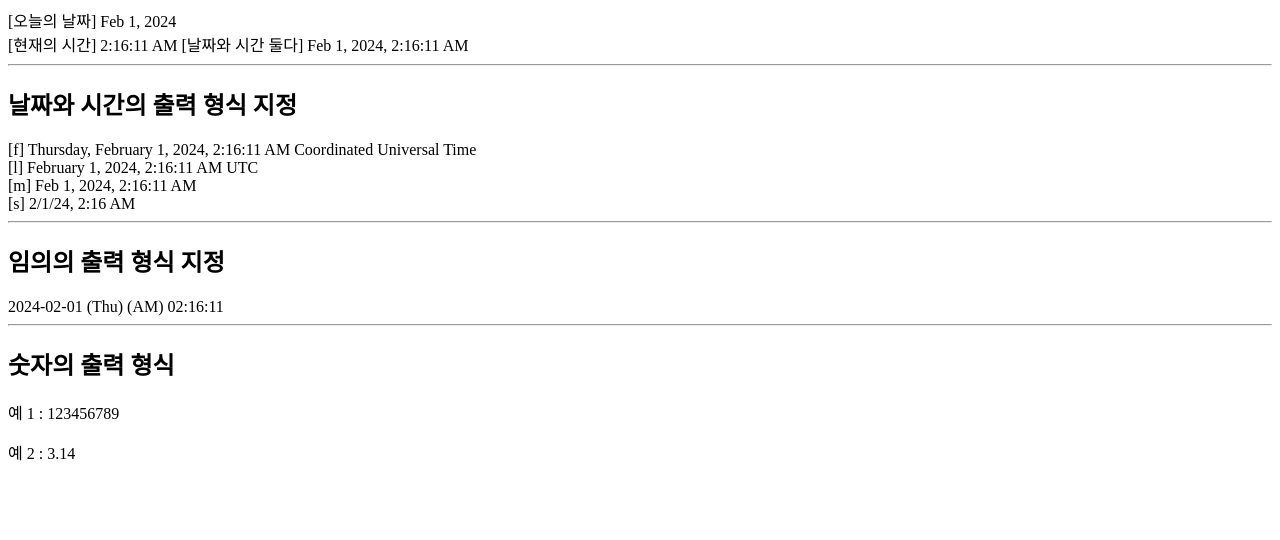
Repository: seonghun9906/sts3-Springboot
Page: http://localhost/spring-jsp02/today
An editor plug-in stored every save of this project. The page is shown before and after the next save, followed by the edit.
The browser window is 1280 px wide. The pictures show the whole page.
The page is served by Tomcat 9. Other server files are loaded and not shown.

Above is the page before, as saved 2024-02-05 04:46:30.

### spring-jsp02/src/main/webapp/WEB-INF/views/today.jsp
<%@page import="java.util.Date"%>
<%@ page language="java" contentType="text/html; charset=UTF-8"
    pageEncoding="UTF-8"%>
<%@ taglib uri="http://java.sun.com/jsp/jstl/core" prefix="c" %>
<%@ taglib uri="http://java.sun.com/jsp/jstl/fmt" prefix="fmt" %>

<c:set var="date" value="<%=new Date()%>"/>

<!DOCTYPE html>
<html>
<head>
<meta charset="UTF-8">
<title>현재 일시</title>
</head>
<body>
[오늘의 날짜] <fmt:formatDate value="${date}"/><br>
[현재의 시간] <fmt:formatDate value="${date}" type="time"/>
[날짜와 시간 둘다] <fmt:formatDate value="${date}" type="both"/>
<hr>
<h2>날짜와 시간의 출력 형식 지정</h2>
[f] <fmt:formatDate value="${date}" type="both"
		dateStyle="full" timeStyle="full"/><br>
[l] <fmt:formatDate value="${date}" type="both"
		dateStyle="long" timeStyle="long"/><br>
[m] <fmt:formatDate value="${date}" type="both"
		dateStyle="medium" timeStyle="medium"/><br>
[s] <fmt:formatDate value="${date}" type="both"
		dateStyle="short" timeStyle="short"/><br>
<hr>
<h2>임의의 출력 형식 지정</h2>
<fmt:formatDate value="${date}" pattern="yyyy-MM-dd (E)"/>
<fmt:formatDate value="${date}" type="time" pattern="(a) hh:mm:ss"/>

<hr>
<h2>숫자의 출력 형식</h2>
<p>
	예 1 : <fmt:formatNumber value = "123456789" groupingUsed="false"/> <!-- True면 123,456,789 형식으로 나옴 -->
</p>
<p>
	예 2 : <fmt:formatNumber value= "3.141592" pattern="#.##"/> <!-- #개수만큼 출력됨 -->
</p>
</body>
</html>

After the next save:
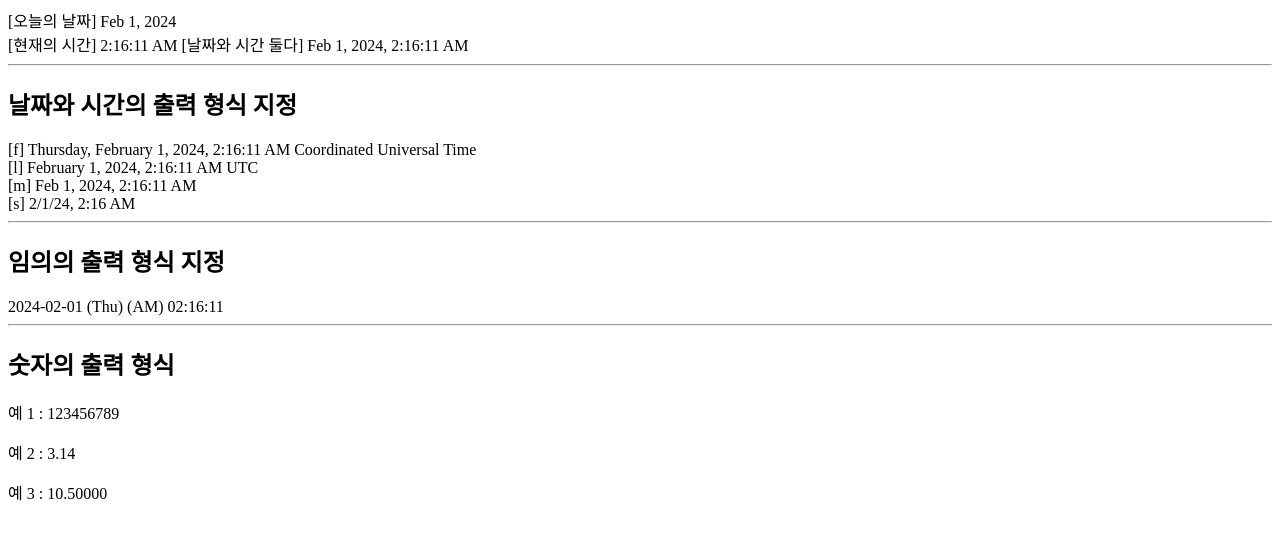
Saved 106 s later.
--- a/spring-jsp02/src/main/webapp/WEB-INF/views/today.jsp
+++ b/spring-jsp02/src/main/webapp/WEB-INF/views/today.jsp
@@ -39,5 +39,8 @@
 <p>
 	예 2 : <fmt:formatNumber value= "3.141592" pattern="#.##"/> <!-- #개수만큼 출력됨 -->
 </p>
+<p>
+	예 3  : <fmt:formatNumber value="10.5" pattern="#.00000"/>
+</p>
 </body>
 </html>
